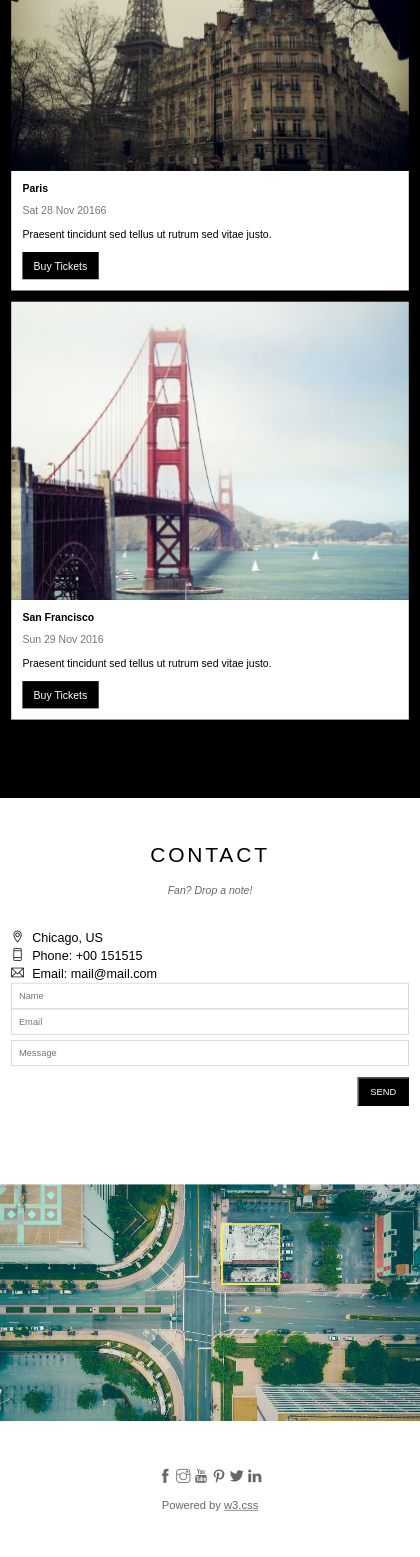
Repository: BrandonTuan777/The_Band
Page: index.html
The author's editor kept a copy of each file at every save. The page is drawn from the files as they stood at one save, then again after a run of saves.
The browser window is 600 px wide. The pictures show the part of the page from y = 3200 to 5440 px (the page is 5424 px tall before and 5440 px after), at 70% of full size.

Above is the page before, as saved 2022-04-12 21:50:29.

After the next 3 saves:
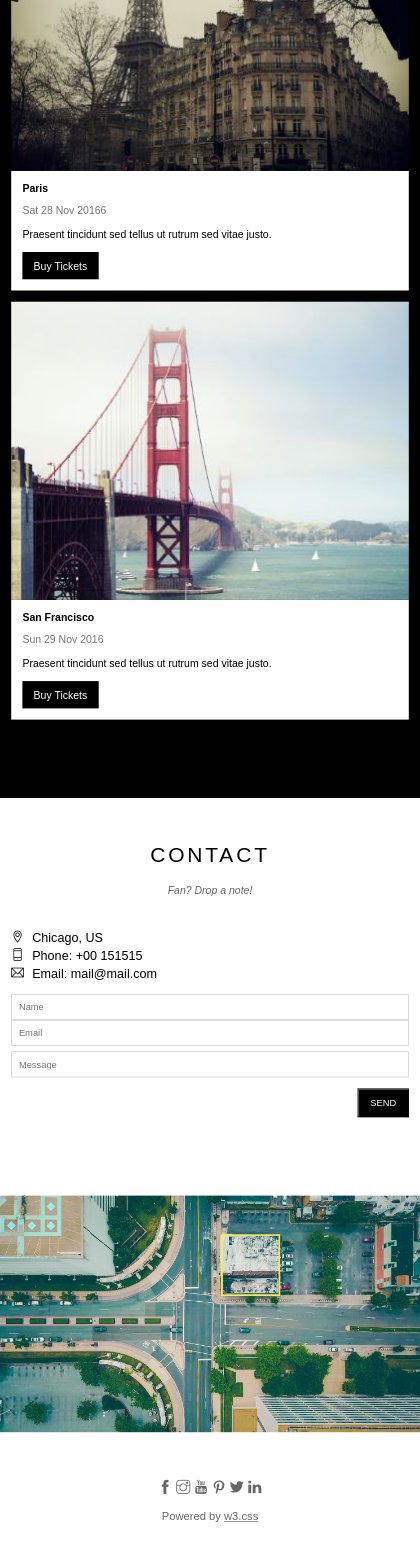
The 3 saves are shown as one change because they came seconds apart.
The last was saved 14 s later.
--- a/assets/css/responsive.css
+++ b/assets/css/responsive.css
@@ -48,7 +48,7 @@
       width: 100%;
   }
   .contact-form{
-
+    margin-top: 16px;
   }
 
 }
